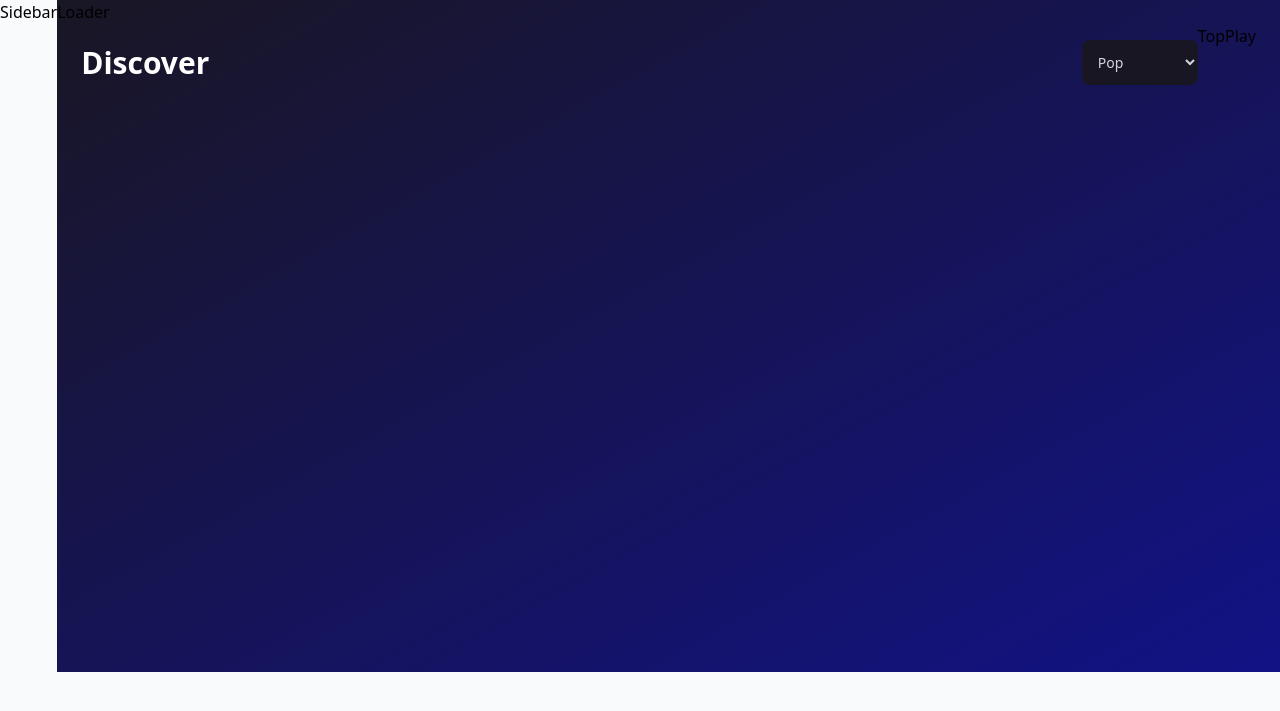
Repository: akinolapo/Music-App
Page: /
An editor plug-in stored every save of this project. The page is shown before and after a run of saves, followed by the edit.
The browser window is 1280 px wide. The pictures show the whole page.
The page's requests for data from a server got no answer. The project was rebuilt for these pictures with package versions that can differ from the ones it lists, and the page was loaded fresh each time. No one was signed in, and anything a server would have sent is missing. Also part of the build but not shown: vite.config.js, src/components/SongCard.jsx, src/components/ArtistCard.jsx, src/components/DetailsHeader.jsx, src/components/PlayPause.jsx, src/components/SongBar.jsx, src/components/RelatedSongs.jsx, src/components/MusicPlayer/Controls.jsx and 13 more.

Above is the page before, as saved 2022-09-24 20:46:28.

### src/redux/store.js
import { configureStore } from '@reduxjs/toolkit';

import playerReducer from './features/playerSlice';
import { shazamCoreApi } from './services/shazamCore';

export const store = configureStore({
  reducer: {
    [shazamCoreApi.reducerPath]: shazamCoreApi.reducer,
    player: playerReducer,
  },
  middleware: (getDefaultMiddleware) => getDefaultMiddleware().concat(shazamCoreApi.middleware)
});

### src/redux/features/playerSlice.js
import { createSlice } from '@reduxjs/toolkit';

const initialState = {
  currentSongs: [],
  currentIndex: 0,
  isActive: false,
  isPlaying: false,
  activeSong: {},
  genreListId: '',
};

const playerSlice = createSlice({
  name: 'player',
  initialState,
  reducers: {
    setActiveSong: (state, action) => {
      state.activeSong = action.payload.song;

      if (action.payload?.data?.tracks?.hits) {
        state.currentSongs = action.payload.data.tracks.hits;
      } else if (action.payload?.data?.properties) {
        state.currentSongs = action.payload?.data?.tracks;
      } else {
        state.currentSongs = action.payload.data;
      }

      state.currentIndex = action.payload.i;
      state.isActive = true;
    },

    nextSong: (state, action) => {
      if (state.currentSongs[action.payload]?.track) {
        state.activeSong = state.currentSongs[action.payload]?.track;
      } else {
        state.activeSong = state.currentSongs[action.payload];
      }

      state.currentIndex = action.payload;
      state.isActive = true;
    },

    prevSong: (state, action) => {
      if (state.currentSongs[action.payload]?.track) {
        state.activeSong = state.currentSongs[action.payload]?.track;
      } else {
        state.activeSong = state.currentSongs[action.payload];
      }

      state.currentIndex = action.payload;
      state.isActive = true;
    },

    playPause: (state, action) => {
      state.isPlaying = action.payload;
    },

    selectGenreListId: (state, action) => {
      state.genreListId = action.payload;
    },
  },
});

export const { setActiveSong, nextSong, prevSong, playPause, selectGenreListId } = playerSlice.actions;

export default playerSlice.reducer;

### src/redux/services/shazamCore.js
import { createApi, fetchBaseQuery } from '@reduxjs/toolkit/query/react';

export const shazamCoreApi = createApi({
  reducerPath: 'shazamCoreApi',
  baseQuery: fetchBaseQuery({
    baseUrl: 'https://shazam-core.p.rapidapi.com/v1',
    prepareHeaders: (headers) => {
      headers.set('X-RapidAPI-Key', '845ea87b68msh2742d9894fde6ebp1789ccjsn64ee6e16e934');

      return headers;
    },
  }),
  endpoints: (builder) => ({
    getTopCharts: builder.query({ query: () => '/charts/world' }),
  }),
});

export const {
  useGetTopChartsQuery,
} = shazamCoreApi;

### src/pages/Discover.jsx
import { Error, Loader, SongCard } from '../components';
import { genres } from '../assets/constants';

import { useGetTopChartsQuery } from '../redux/services/shazamCore';

const Discover = () => {
  const { data, isFetching, error} = useGetTopChartsQuery();
  const genreTitle = 'Pop';



  return (
    <div className="flex flex-col">
      <div className="w-full flex justify-between items-center sm:flex-row flex-col mt-4 mb-10">
        <h2 className="font-bold text-white text-3xl text-left">Discover</h2>
        <select onChange={() => { }} value="" className="bg-black text-gray-300 p-3 text-sm rounded-lg outline-none sm:mt-0 mt-5">
          {genres.map((genre) => <option key={genre.value} value={genre.value}>{genre.title}</option>)}
        </select>
      </div>
      <div className="flex flex-wrap sm:justify-start justify-center gap-8">
        {data?.map((song, i) => (
          <SongCard key={song.key} song={song} i={i} />
        ))}
      </div>
    </div>
  );
};

export default Discover;

### src/assets/constants.js
import { HiOutlineHashtag, HiOutlineHome, HiOutlinePhotograph, HiOutlineUserGroup } from 'react-icons/hi';

export const genres = [
  { title: 'Pop', value: 'POP' },
  { title: 'Hip-Hop', value: 'HIP_HOP_RAP' },
  { title: 'Dance', value: 'DANCE' },
  { title: 'Electronic', value: 'ELECTRONIC' },
  { title: 'Soul', value: 'SOUL_RNB' },
  { title: 'Alternative', value: 'ALTERNATIVE' },
  { title: 'Rock', value: 'ROCK' },
  { title: 'Latin', value: 'LATIN' },
  { title: 'Film', value: 'FILM_TV' },
  { title: 'Country', value: 'COUNTRY' },
  { title: 'Worldwide', value: 'WORLDWIDE' },
  { title: 'Reggae', value: 'REGGAE_DANCE_HALL' },
  { title: 'House', value: 'HOUSE' },
  { title: 'K-Pop', value: 'K_POP' },
];

export const links = [
  { name: 'Discover', to: '/', icon: HiOutlineHome },
  { name: 'Around You', to: '/around-you', icon: HiOutlinePhotograph },
  { name: 'Top Artists', to: '/top-artists', icon: HiOutlineUserGroup },
  { name: 'Top Charts', to: '/top-charts', icon: HiOutlineHashtag },
];

Loaded but not shown: index.html (common file); src/index.jsx (common file); src/index.css (common file); src/App.jsx (common file); src/components/index.js (common file); src/pages/index.js (common file); src/components/Sidebar.jsx (common file); src/components/Searchbar.jsx (common file); src/components/TopPlay.jsx (common file); tailwind.config.js (common file)

After the next 3 saves:
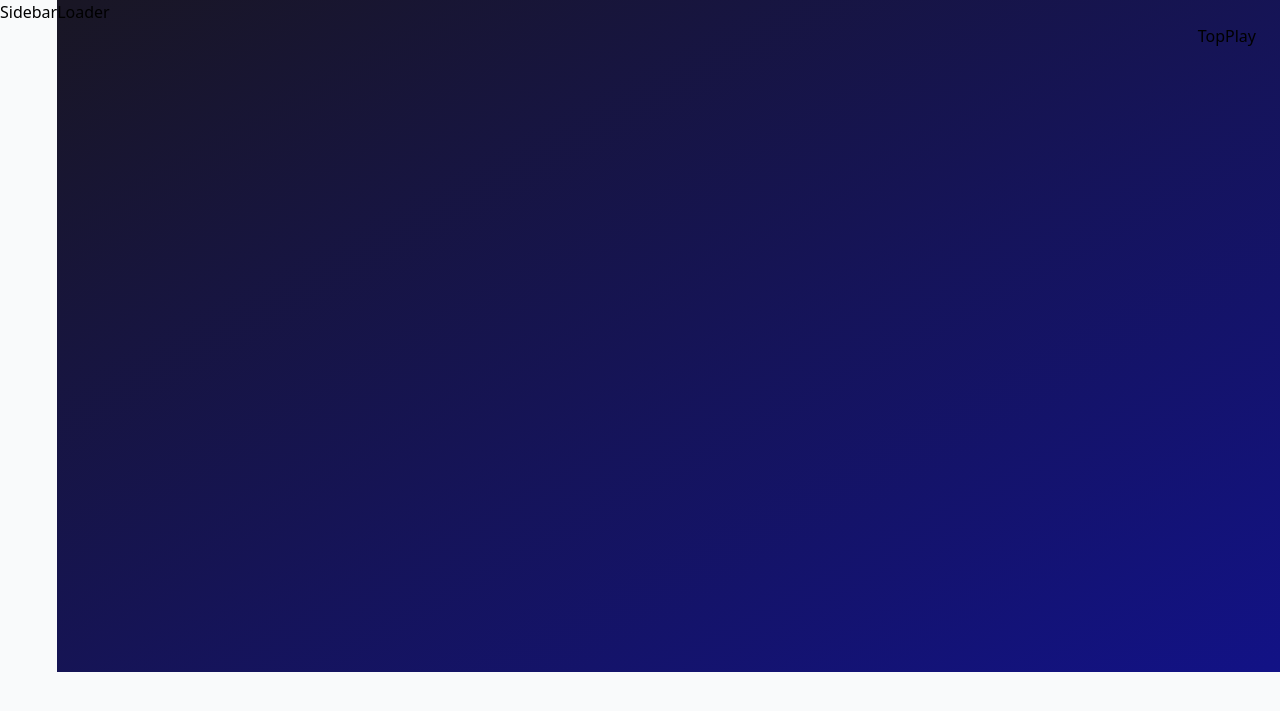
The 3 saves are shown as one change because they came seconds apart.
The last was saved 8 s later.
--- a/src/pages/Discover.jsx
+++ b/src/pages/Discover.jsx
@@ -7,7 +7,7 @@
   const { data, isFetching, error} = useGetTopChartsQuery();
   const genreTitle = 'Pop';
 
-
+  if(isFetching)
 
   return (
     <div className="flex flex-col">

After the save that followed:
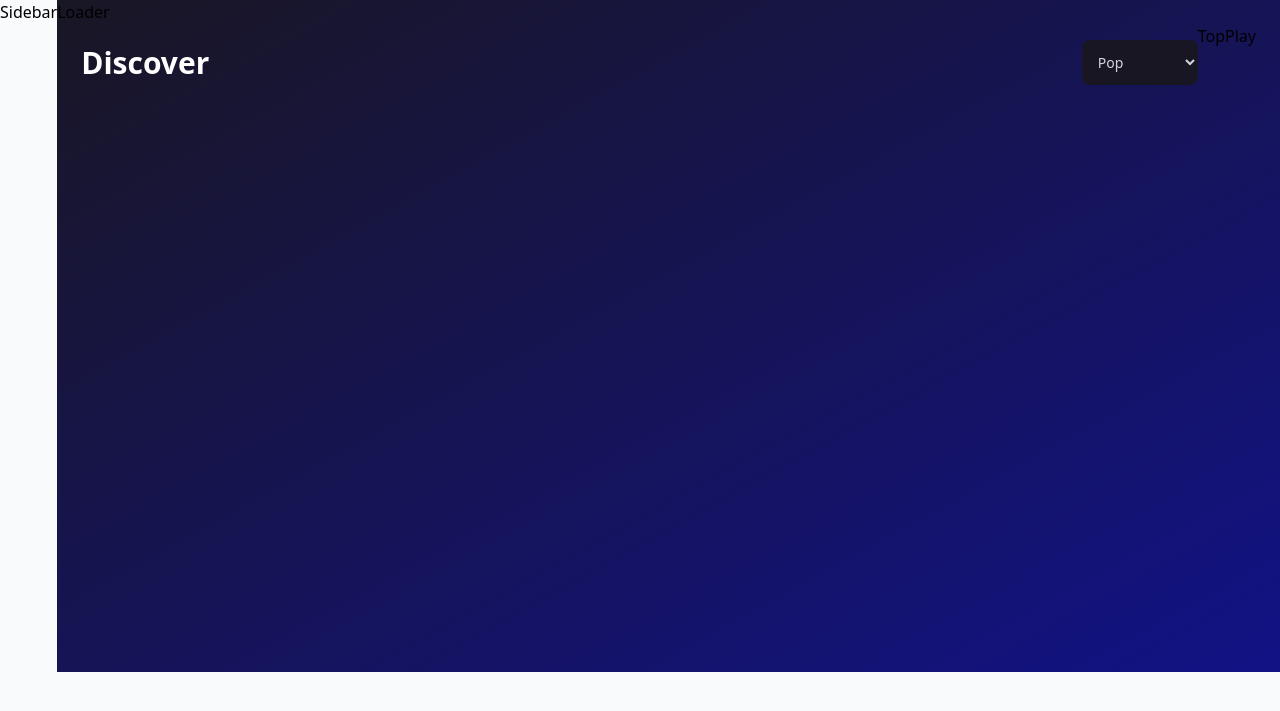
Saved 5 s later.
--- a/src/pages/Discover.jsx
+++ b/src/pages/Discover.jsx
@@ -7,7 +7,7 @@
   const { data, isFetching, error} = useGetTopChartsQuery();
   const genreTitle = 'Pop';
 
-  if(isFetching)
+  if(isFetching) return
 
   return (
     <div className="flex flex-col">
